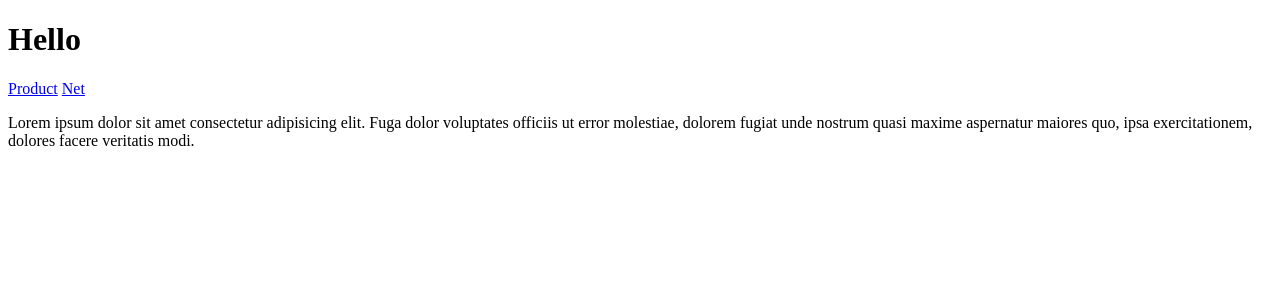
Repository: Nguyen-Toan-2004/du-an-test
Page: index.html
An editor plug-in stored every save of this project. The page is shown before and after a run of saves, followed by the edit.
The browser window is 1280 px wide. The pictures show the whole page.

Above is the page before, as saved 2025-10-16 20:30:45.

### index.html
<!DOCTYPE html>
<html lang="en">
  <head>
    <meta charset="UTF-8" />
    <meta name="viewport" content="width=device-width, initial-scale=1.0" />
    <title>Index</title>
  </head>
  <body>
    <h1>Hello</h1>
    <a href="product.htm">Product</a>
    <a href="net.htm">Net</a>
    <p>
      Lorem ipsum dolor sit amet consectetur adipisicing elit. Fuga dolor
      voluptates officiis ut error molestiae, dolorem fugiat unde nostrum quasi
      maxime aspernatur maiores quo, ipsa exercitationem, dolores facere
      veritatis modi.
    </p>
  </body>
</html>

After the next 6 saves:
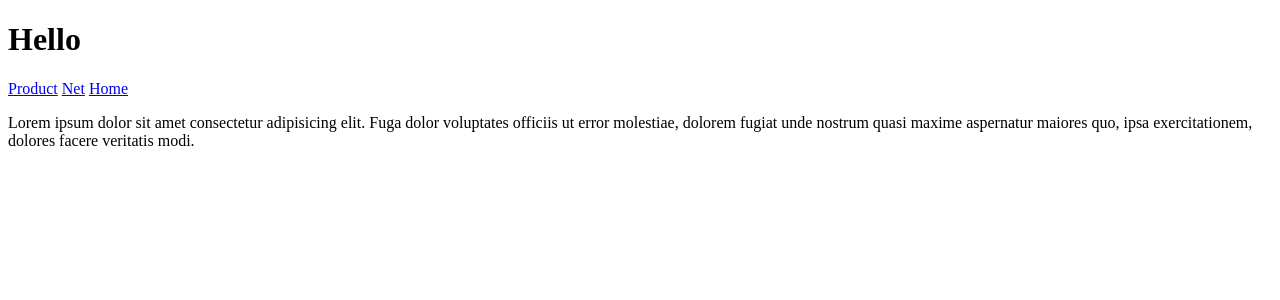
The 6 saves are shown as one change because they came seconds apart.
The last was saved 29 s later.
--- a/index.html
+++ b/index.html
@@ -9,6 +9,7 @@
     <h1>Hello</h1>
     <a href="product.htm">Product</a>
     <a href="net.htm">Net</a>
+    <a href="home.html">Home</a>
     <p>
       Lorem ipsum dolor sit amet consectetur adipisicing elit. Fuga dolor
       voluptates officiis ut error molestiae, dolorem fugiat unde nostrum quasi
